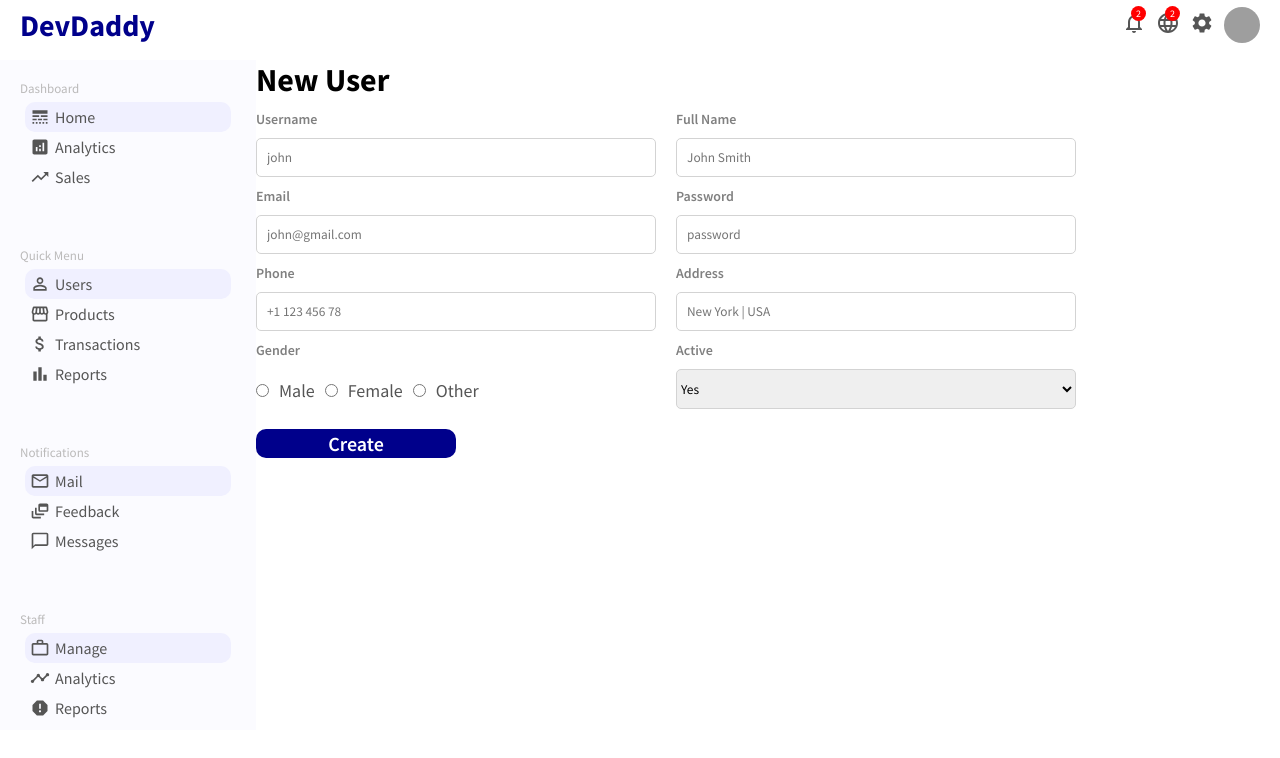
Repository: Marhamat92/react-admin-dashboard
Page: /newUser
The author's editor kept a copy of each file at every save. The page is drawn from the files as they stood at one save, then again after the next save.
The browser window is 1280 px wide. The pictures show the whole page.
Pictures or frames that could not be fetched are drawn as grey boxes. The project was rebuilt for these pictures with package versions that can differ from the ones it lists, and the page was loaded fresh each time. Also part of the build but not shown: src/pages/home/home.scss, src/components/featuredInfo/featuredInfo.scss, src/components/featuredInfo/FeaturedInfo.js, src/components/chart/chart.scss, src/components/chart/Chart.js, src/data/userData.js, src/components/widgetSm/widgetSm.scss, src/components/widgetSm/WidgetSm.js and 8 more.

Above is the page before, as saved 2023-02-13 14:44:13.

### public/index.html
<!DOCTYPE html>
<html lang="en">

<head>
  <meta charset="utf-8" />
  <link rel="icon" href="%PUBLIC_URL%/favicon.ico" />
  <meta name="viewport" content="width=device-width, initial-scale=1" />
  <meta name="theme-color" content="#000000" />
  <meta name="description" content="Web site created using create-react-app" />
  <link rel="apple-touch-icon" href="%PUBLIC_URL%/logo192.png" />
  <link rel="preconnect" href="https://fonts.googleapis.com">
  <link rel="preconnect" href="https://fonts.gstatic.com" crossorigin>
  <link href="https://fonts.googleapis.com/css2?family=Source+Sans+Pro:wght@200;300;400;600;700;900&display=swap"
    rel="stylesheet">
  <!--
      manifest.json provides metadata used when your web app is installed on a
      user's mobile device or desktop. See https://developers.google.com/web/fundamentals/web-app-manifest/
    -->
  <link rel="manifest" href="%PUBLIC_URL%/manifest.json" />
  <!--
      Notice the use of %PUBLIC_URL% in the tags above.
      It will be replaced with the URL of the `public` folder during the build.
      Only files inside the `public` folder can be referenced from the HTML.

      Unlike "/favicon.ico" or "favicon.ico", "%PUBLIC_URL%/favicon.ico" will
      work correctly both with client-side routing and a non-root public URL.
      Learn how to configure a non-root public URL by running `npm run build`.
    -->
  <style>
    * {
      font-family: 'Source Sans Pro', sans-serif;
      margin: 0;

    }
  </style>
  <title>DevDaddy Admin Dashboard</title>
</head>

<body>
  <noscript>You need to enable JavaScript to run this app.</noscript>
  <div id="root"></div>
  <!--
      This HTML file is a template.
      If you open it directly in the browser, you will see an empty page.

      You can add webfonts, meta tags, or analytics to this file.
      The build step will place the bundled scripts into the <body> tag.

      To begin the development, run `npm start` or `yarn start`.
      To create a production bundle, use `npm run build` or `yarn build`.
    -->
</body>

</html>

### src/index.js
import React from 'react';
import ReactDOM from 'react-dom/client';
import App from './App';
import { BrowserRouter } from "react-router-dom";


const root = ReactDOM.createRoot(document.getElementById('root'));
root.render(
  <BrowserRouter>
    <App />
  </BrowserRouter>

);

### src/App.js
import Topbar from "./components/Topbar/Topbar";
import Sidebar from "./components/sidebar/Sidebar";
import "./app.scss";
import Home from "./pages/home/Home";
import UserList from "./pages/userList/UserList";
import User from "./pages/user/User";
import NewUser from "./pages/newUser/NewUser";
import {
  Routes,
  Route,
  Link,
} from "react-router-dom";



function App() {
  return (
    <>
      <Topbar />
      <div className="container">
        <Sidebar />
        <Routes>
          <Route path="/" element={<Home />} />
          <Route path="/users" element={<UserList />} />
          <Route path="/newUser" element={<NewUser />} />
          <Route path="/user/:userId" element={<User />} />
        </Routes>
      </div>
    </>

  );
}

export default App;

### src/components/Topbar/Topbar.jsx
import React from 'react'
import "./topbar.scss"
import { Language, NotificationsNone, Settings } from '@mui/icons-material'

function Topbar() {
  return (
    <div className="topbar" >
       <div className='topbarWrapper' >
          <div className='topLeft' >
            <span className='logo'>DevDaddy</span>
          </div>
          <div className='topRight' >
             <div className='topbarIconContainer' >
               <NotificationsNone/>
                <span className='topIconBadge'>2</span>
             </div>
             <div className='topbarIconContainer' >
               <Language/>
                <span className='topIconBadge'>2</span>
             </div>
             <div className='topbarIconContainer' >
               <Settings/>
             </div>
             <img className='topAvatar' src='https://i.pinimg.com/originals/99/ee/d8/99eed8642bbb66a71d0f1677d18a2587.jpg' alt="jack sheperd" />
          </div>
       </div>
    </div>
  )
}

export default Topbar

### src/components/sidebar/Sidebar.js
import React from 'react'
import './sidebar.scss'
import { Analytics, AttachMoney, ChatBubbleOutline, DynamicFeed, LineStyle, MailOutline, PermIdentity, Report, Storefront, Timeline, TrendingUp, WorkOutline, BarChart } from '@mui/icons-material'



function Sidebar() {
  return (
    <div className='sidebar'>
      <div className='sidebarWrapper'>
        <div className='sidebarMenu' >
          <div className='sidebarTitle'>
            Dashboard
          </div>
          <ul className='sidebarList'>
            <li className='sidebarListItem active'>
              <LineStyle className='sidebarIcon' />
              Home
            </li>
            <li className='sidebarListItem'>
              <Analytics className='sidebarIcon' />
              Analytics
            </li>
            <li className='sidebarListItem'>
              <TrendingUp className='sidebarIcon' />
              Sales
            </li>
          </ul>
        </div>
      </div>

      <div className='sidebarWrapper'>
        <div className='sidebarMenu' >
          <div className='sidebarTitle'>
            Quick Menu
          </div>
          <ul className='sidebarList'>
            <li className='sidebarListItem active'>
              <PermIdentity className='sidebarIcon' />
              Users
            </li>
            <li className='sidebarListItem'>
              <Storefront className='sidebarIcon' />
              Products
            </li>
            <li className='sidebarListItem'>
              <AttachMoney className='sidebarIcon' />
              Transactions
            </li>
            <li className='sidebarListItem'>
              <BarChart className='sidebarIcon' />
              Reports
            </li>
          </ul>
        </div>
      </div>

      <div className='sidebarWrapper'>
        <div className='sidebarMenu' >
          <div className='sidebarTitle'>
            Notifications
          </div>
          <ul className='sidebarList'>
            <li className='sidebarListItem active'>
              <MailOutline className="sidebarIcon" />
              Mail
            </li>
            <li className='sidebarListItem'>
              <DynamicFeed className="sidebarIcon" />
              Feedback
            </li>
            <li className='sidebarListItem'>
              <ChatBubbleOutline className="sidebarIcon" />
              Messages
            </li>
          </ul>
        </div>
      </div>

      <div className='sidebarWrapper'>
        <div className='sidebarMenu' >
          <div className='sidebarTitle'>
            Staff
          </div>
          <ul className='sidebarList'>
            <li className='sidebarListItem active'>
              <WorkOutline className="sidebarIcon" />
              Manage
            </li>
            <li className='sidebarListItem'>
              <Timeline className="sidebarIcon" />
              Analytics
            </li>
            <li className='sidebarListItem'>
              <Report className="sidebarIcon" />
              Reports
            </li>
          </ul>
        </div>
      </div>
    </div>
  )
}

export default Sidebar

### src/app.scss
.container {
  display:flex;
  margin-top: 10px;
}

### src/pages/newUser/NewUser.js
import React from 'react'
import './newUser.scss'

function NewUser() {
  return (
    <div className='newUser' >
      <h1 className='newUserTitle' >New User</h1>
      <form className='newUserForm' >
        <div className='newUserItem' >
          <label>Username</label>
          <input type='text' placeholder='john' />
        </div>
        <div className='newUserItem' >
          <label>Full Name</label>
          <input type='text' placeholder='John Smith' />
        </div>
        <div className='newUserItem' >
          <label>Email</label>
          <input type='email' placeholder='john@gmail.com' />
        </div>
        <div className='newUserItem' >
          <label>Password</label>
          <input type='password' placeholder='password' />
        </div>
        <div className='newUserItem' >
          <label>Phone</label>
          <input type='text' placeholder='+1 123 456 78' />
        </div>
        <div className='newUserItem' >
          <label>Address</label>
          <input type='text' placeholder='New York | USA' />
        </div>
        <div className='newUserItem' >
          <label>Gender</label>
          <div className='newUserGender' >
            <input type="radio" name="gender" id="male" value="male" />
            <label for="male">Male</label>
            <input type="radio" name="gender" id="female" value="female" />
            <label for="female">Female</label>
            <input type="radio" name="gender" id="other" value="other" />
            <label for="other">Other</label>
          </div>
        </div>
        <div className='newUserItem' >
          <label>Active</label>
          <select className='newUserSelect' name='active' id='active' >
            <option value='yes' >Yes</option>
            <option value='no' >No</option>
          </select>
        </div>
        <button className='newUserButton' >Create</button>
      </form>
    </div>
  )
}

export default NewUser

### src/components/Topbar/topbar.scss
.topbar{
  width:100%;
  height: 50px;
  background-color: white;
  position: sticky;
  top:0;
  z-index: 999;
}

.topbarWrapper{
  height: 100%;
  padding: 0px 20px;
  display: flex;
  align-items: center;
  justify-content: space-between;
}

.logo{
  font-weight:bold;
  font-size: 30px;
  color:darkblue;
  cursor: pointer;
}

.topRight{
  display:flex;
  align-items: center;
}

.topbarIconContainer{
  position:relative;
  cursor: pointer;
  margin-right:10px;
  color:#555;
}

.topIconBadge{
  width: 15px;
  height: 15px;
  display: flex;
  align-items: center;
  justify-content: center;
  position:absolute;
  top:-5px;
  right:0px;
  background-color: red;
  color:white;
  border-radius: 50%;
  font-size: 10px;
}

.topAvatar{
  width: 36px;
  height: 36px;
  border-radius: 50%;
  object-fit: cover;
  cursor: pointer;
}

### src/components/sidebar/sidebar.scss
.sidebar{
  flex:1;
  height:calc(100vh - 50px);
  background-color: rgb(251,251,255);
  position: sticky;
  top: 50px;
  align-self: flex-start;

}

.sidebarWrapper{
  padding: 20px;
  color:#555;
}

.sidebarMenu{
  margin-bottom:10px;
}

.sidebarTitle{
  font-size: 13px;
  color:rgb(187,186,186);
}

.sidebarList{
  list-style: none;
  padding:5px;
}

.sidebarListItem{
  padding:5px;
  cursor:pointer;
  display:flex;
  align-items:center;
  border-radius: 10px;
}

.sidebarListItem.active,
.sidebarListItem:hover{
  background-color: rgb(240,240,255);
}

.sidebarIcon{
  margin-right: 5px;
  font-size: 20px !important;
}

### src/pages/newUser/newUser.scss
.newUser{
  flex:4;
}

.newUserForm{
  display: flex;
  flex-wrap:wrap;
}

.newUserItem{
  width:400px;
  display: flex;
  flex-direction: column;
  margin-top: 10px;
  margin-right:20px;
}

.newUserItem>label{
  font-weight: 600;
  margin-bottom: 10px;
  font-size: 14px;
  color:gray;
}

.newUserItem>input{
  padding: 10px;
  border: 1px solid lightgray;
  border-radius: 5px;
}

.newUserGender>input{
  margin-top: 15px;

}

.newUserGender>label{
  margin: 10px;
  font-size: 18px;
  color: #555;
}

.newUserSelect{
  height: 40px;
  border-radius:5px;
  border: 1px solid lightgray;
}

.newUserButton{
  width: 200px;
  border: none;
  background-color: darkblue;
  color: white;
  font-weight: 600;
  padding: 2px 4px;
  border-radius: 10px;
  cursor: pointer;
  margin-top: 20px;
  font-size: 20px;
}

After the next save:
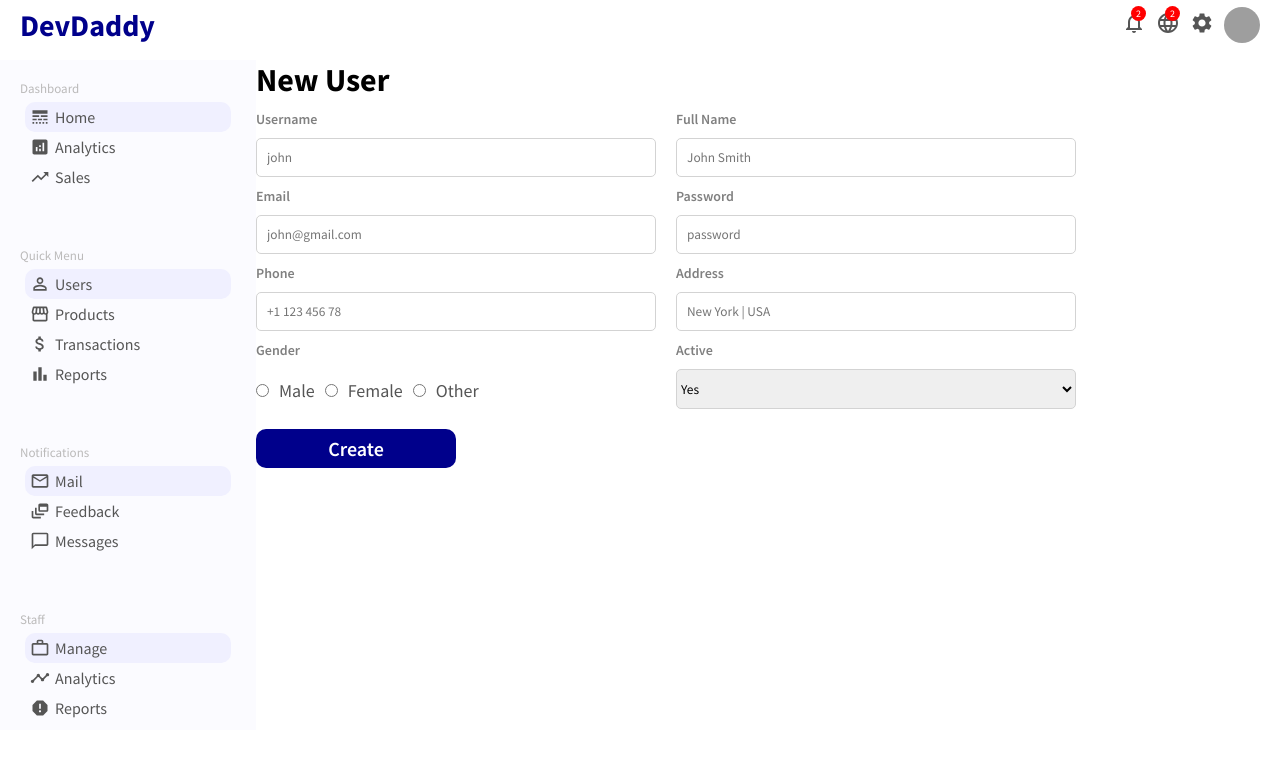
Saved 9 s later.
--- a/src/pages/newUser/newUser.scss
+++ b/src/pages/newUser/newUser.scss
@@ -51,7 +51,7 @@
   background-color: darkblue;
   color: white;
   font-weight: 600;
-  padding: 2px 4px;
+  padding: 7px 10px;
   border-radius: 10px;
   cursor: pointer;
   margin-top: 20px;
